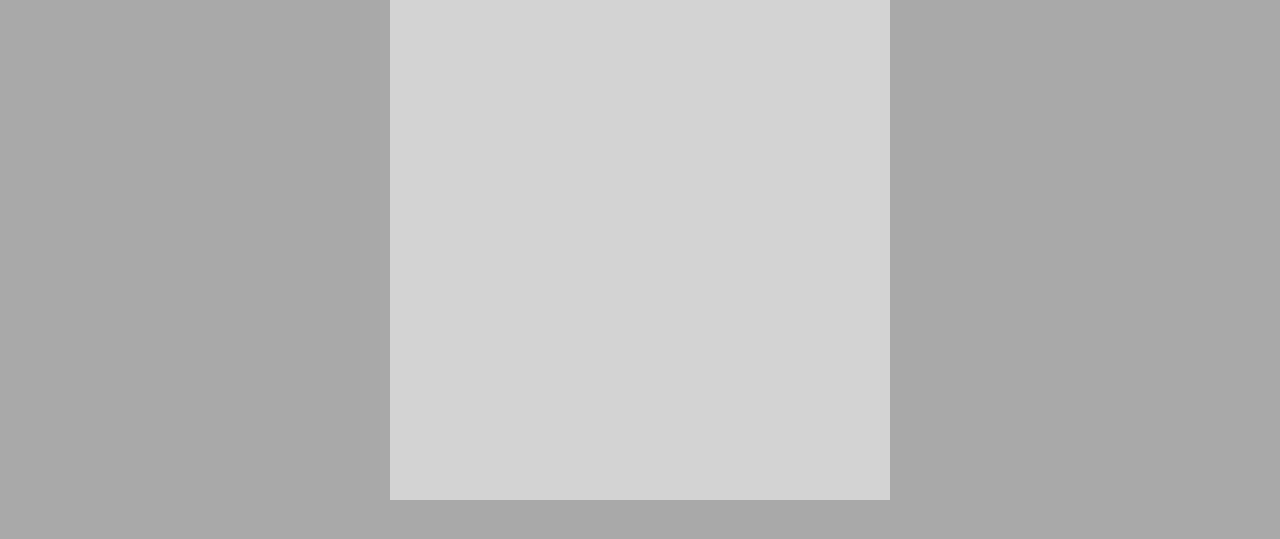
Repository: Krishna-bansall/neural-network-game
Page: index.html
These files come from the project's save history. The page is drawn as it stood at one moment and after the next save; the edit follows.
The browser window is 1280 px wide. The pictures show the whole page.

Above is the page before, as saved 2022-07-30 01:08:28.
Console error: TypeError: Cannot set properties of null (setting 'height')

### index.html
<!DOCTYPE html>
<html lang="en">
	<head>
		<meta charset="UTF-8" />
		<meta http-equiv="X-UA-Compatible" content="IE=edge" />
		<meta name="viewport" content="width=device-width, initial-scale=1.0" />
		<title>Document</title>
		<link rel="stylesheet" href="styles.css" />
	</head>
	<body>
		<script src="app.js"></script>
		<canvas id="myCanvas" height="500" width="500"></canvas>
	</body>
</html>

### styles.css
body {
    overflow: hidden;
    margin: 0;
    text-align: center;
    background: darkgray;
}

#myCanvas {
    background: lightgray;

}

### app.js
const canvas = document.getElementById("myCanvas");
canvas.height = window.innerHeight;

After the next save:
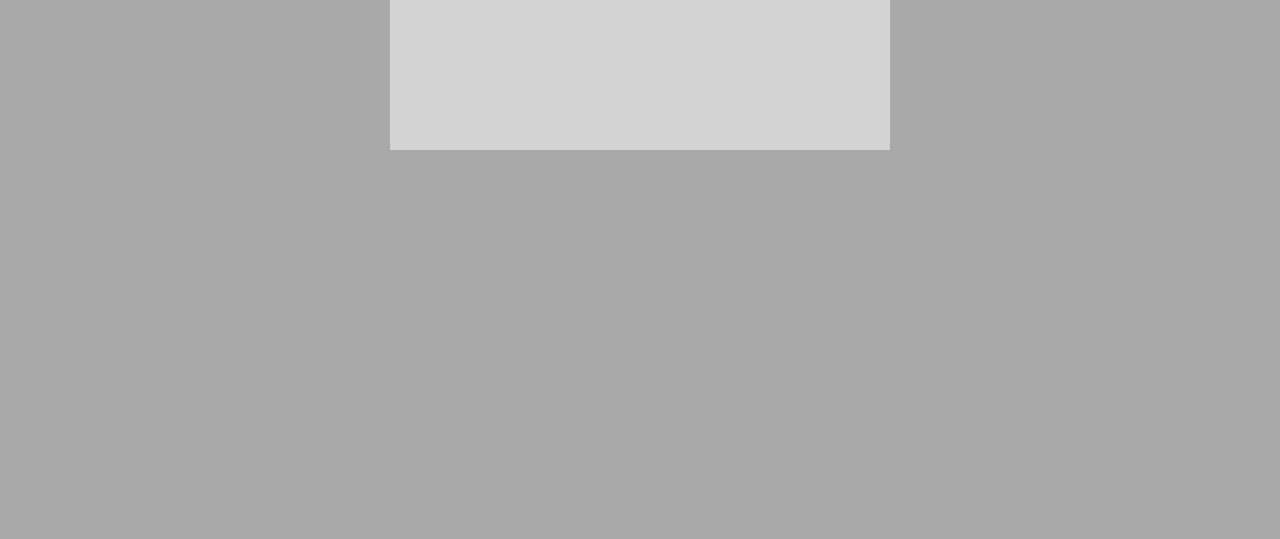
Saved 20 s later.
--- a/index.html
+++ b/index.html
@@ -9,6 +9,6 @@
 	</head>
 	<body>
 		<script src="app.js"></script>
-		<canvas id="myCanvas" height="500" width="500"></canvas>
+		<canvas id="myCanvas" width="500"></canvas>
 	</body>
 </html>
